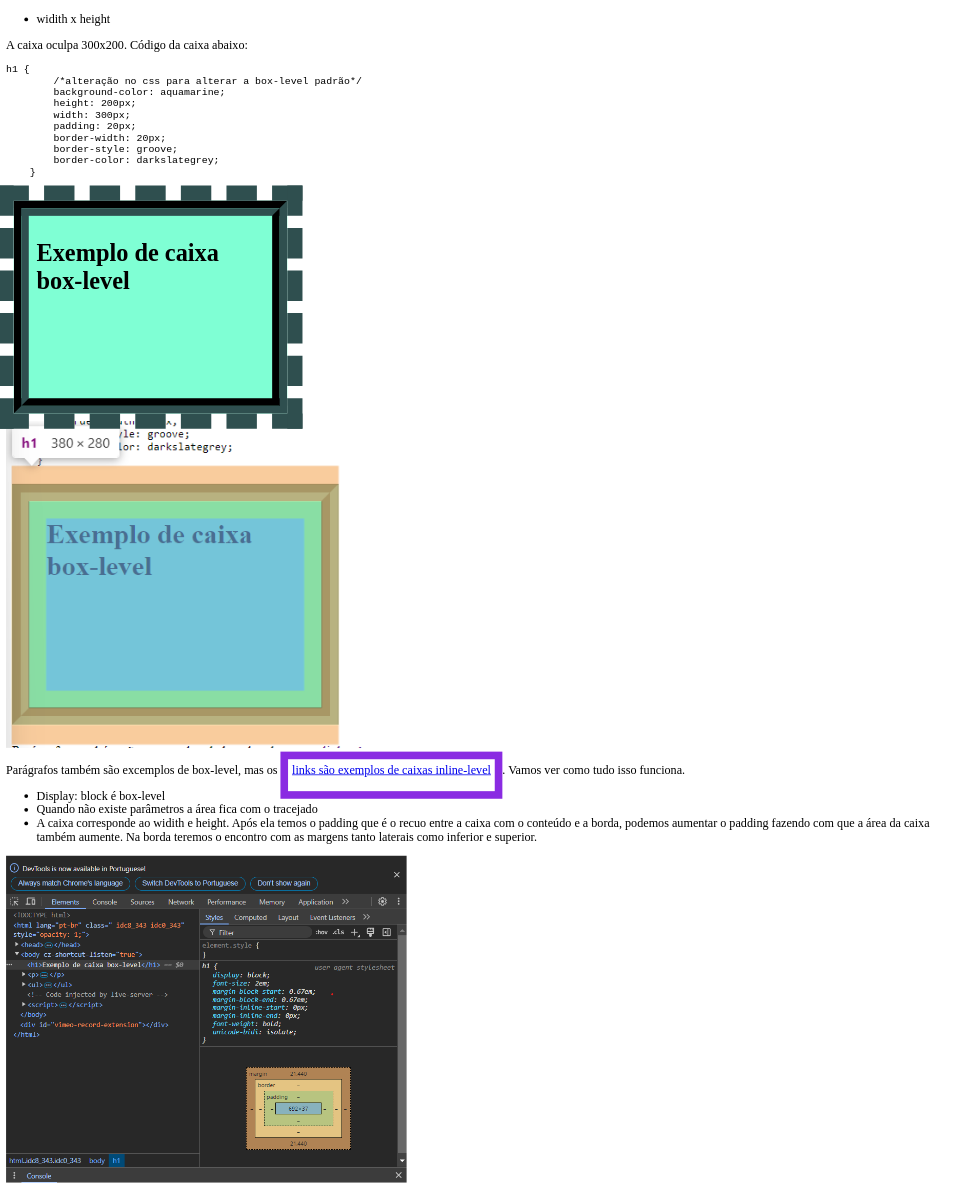
Repository: Willcmorais/vscode-workspace
Page: html-css/curso-em-video/modulo02/estudos/ex026-caixas/caixa01.html
An editor plug-in stored every save of this project. The page is shown before and after a run of saves, followed by the edit.
The browser window is 1280 px wide. The pictures show the whole page, at 76% of full size.

Above is the page before, as saved 2024-09-24 11:25:36.

### html-css/curso-em-video/modulo02/estudos/ex026-caixas/caixa01.html
<!DOCTYPE html>
<html lang="pt-br">

<head>
    <meta charset="UTF-8">
    <meta name="viewport" content="width=device-width, initial-scale=1.0">
    <link rel="stylesheet" href="style.css">
    <title>Modelo de Caixas</title>
</head>

<body>
    <ul>
        <li>widith x height</li>
    </ul>
    <p>A caixa oculpa 300x200. Código da caixa abaixo:</p>
    <pre><code>h1 {
        /*alteração no css para alterar a box-level padrão*/
        background-color: aquamarine;
        height: 200px;
        width: 300px;
        padding: 20px;
        border-width: 20px;
        border-style: groove;
        border-color: darkslategrey;
    }</code></pre>
    <h1>Exemplo de caixa box-level</h1>
    <img src="imgs/img2.png" alt="detalhes">
    <p>
        Parágrafos também são excemplos de box-level, mas os <a href="#">links são exemplos de caixas inline-level</a>.
        Vamos ver como tudo isso funciona.</p>
    <ul>
        <li>Display: block é box-level</li>
        <li>Quando não existe parâmetros a área fica com o tracejado</li>
        <li>A caixa corresponde ao widith e height. Após ela temos o padding que é o recuo entre a caixa com o conteúdo
            e a borda, podemos aumentar o padding fazendo com que a área da caixa também aumente. Na borda teremos o
            encontro com as margens tanto laterais como inferior e superior.</li>
    </ul>

    <img src="imgs/img1.png" alt="devltools caixas">
</body>

</html>

### html-css/curso-em-video/modulo02/estudos/ex026-caixas/style.css
@charset "utf8";

h1 {
    /*alteração no css para alterar a box-level padrão*/
    background-color: aquamarine;
    height: 200px;
    width: 300px;
    /*padding deve ser colocado para todos os lados seguindo o sentido de top right bottom left*/
    padding-top: 30px;
    padding-right: 10px;
    padding-bottom: 10px;
    padding-left: 10px;
    /*margin: auto; coloca centralizado no meio da página*/
    margin-top: 30px;
    margin-right: 10px;
    margin-bottom: 10px;
    margin-left: 10px;
    /*padding: 20px;*/
    border-width: 20px;
    border-style: groove;
    border-color: darkslategrey;
    outline-width: 20px;
    outline-style: dashed;
    outline-color: darkslategrey;
}

/*parâmetro em css para a ancora*/
a {
    border-width: 10px;
    border-style: solid;
    border-color: blueviolet;
    padding-top: 5px;
    padding-right: 5px;
    padding-bottom: 20px;
    padding-left: 5px;
}

img {
    height: 430px;
}

After the next 2 saves:
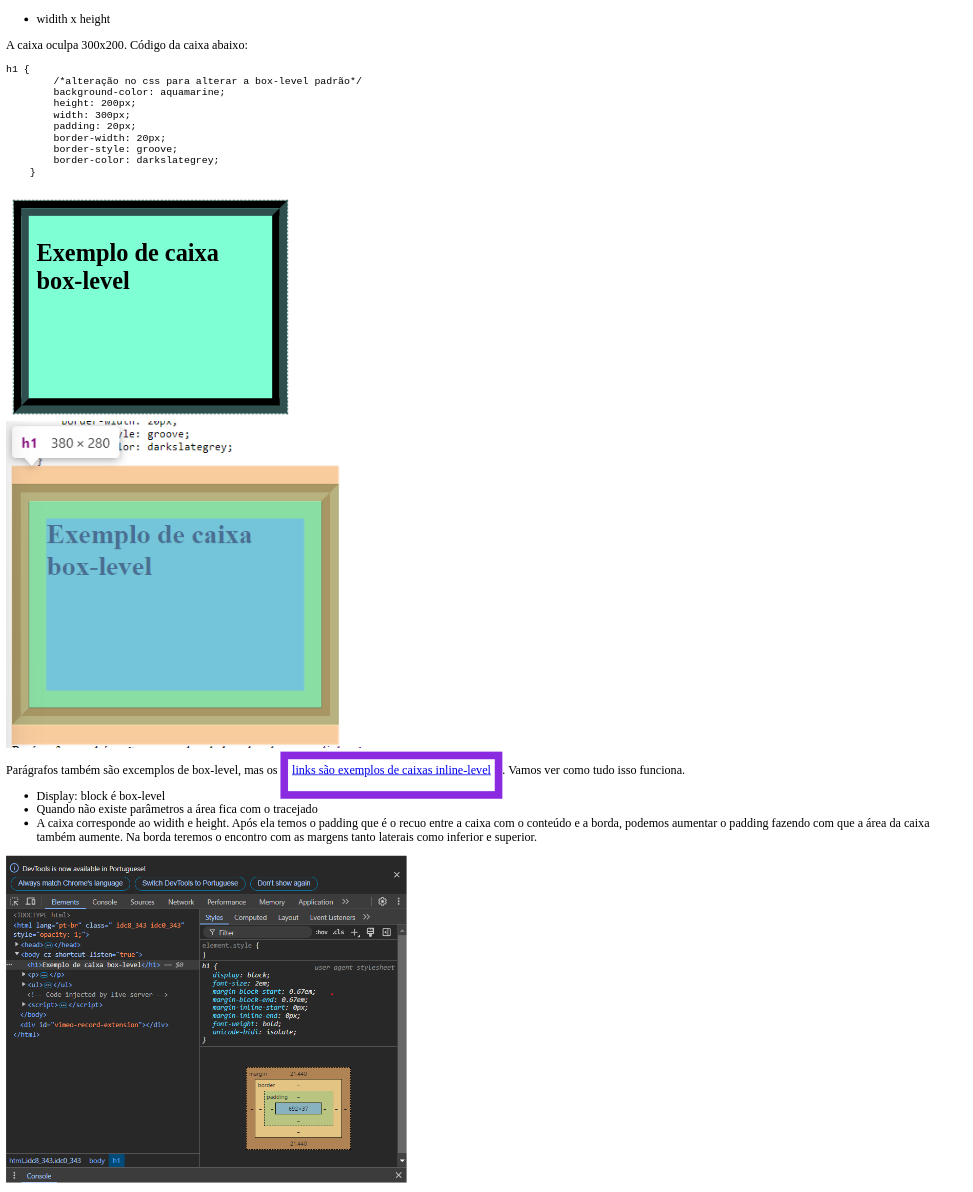
The 2 saves are shown as one change because they came seconds apart.
The last was saved 5 s later.
--- a/html-css/curso-em-video/modulo02/estudos/ex026-caixas/style.css
+++ b/html-css/curso-em-video/modulo02/estudos/ex026-caixas/style.css
@@ -19,7 +19,7 @@ h1 {
     border-width: 20px;
     border-style: groove;
     border-color: darkslategrey;
-    outline-width: 20px;
+    outline-width: 1px;
     outline-style: dashed;
     outline-color: darkslategrey;
 }
